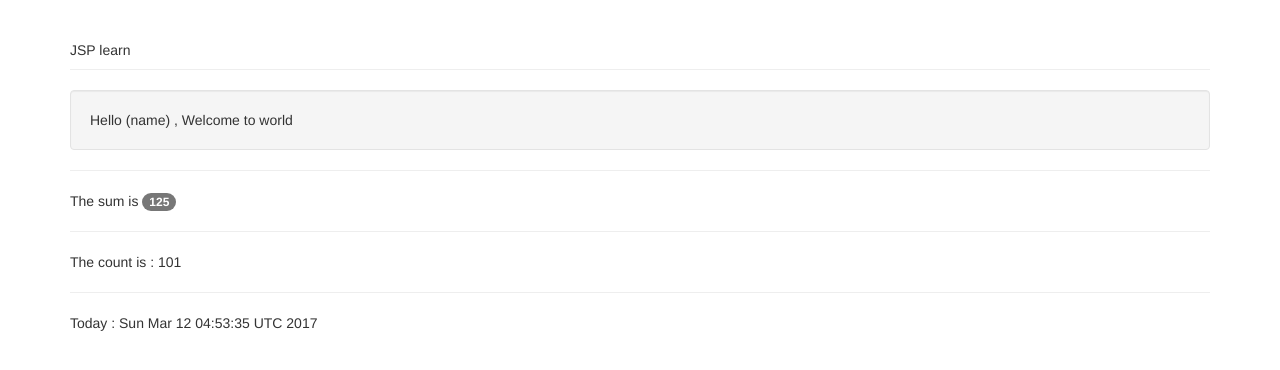
Repository: nagabhushanamn/itc-batch
Page: http://localhost/JSP-learn/hello
An editor plug-in stored every save of this project. The page is shown before and after the next save, followed by the edit.
The browser window is 1280 px wide. The pictures show the whole page.
The page is served by Tomcat 9.

Above is the page before, as saved 2017-03-12 09:00:10.

After the next save:
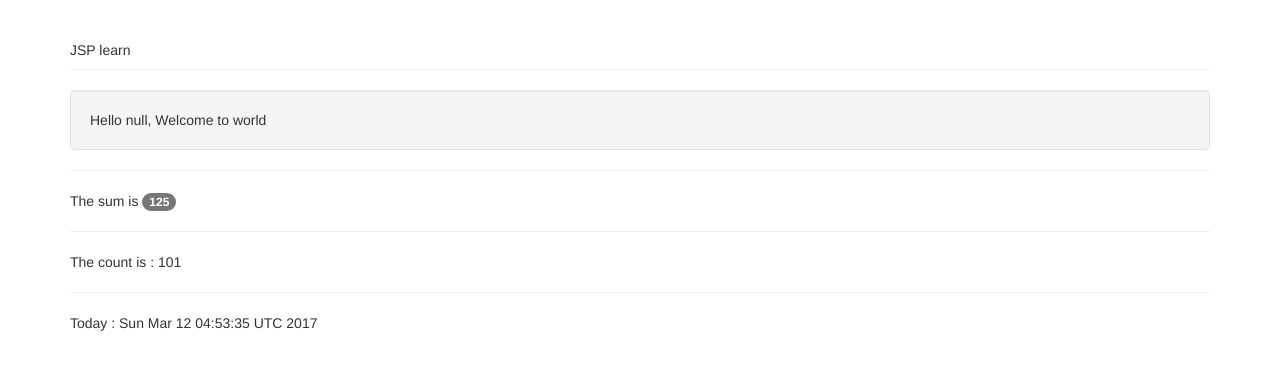
Saved 4 s later.
--- a/new/JSP-learn/WebContent/welcome.jsp
+++ b/new/JSP-learn/WebContent/welcome.jsp
@@ -11,7 +11,7 @@
 	<div class="page-header">JSP learn</div>
 
 	<div class="well">
-		Hello (name) , Welcome to world
+		Hello <%=request.getAttribute("user") %>, Welcome to world
 	</div>
 	<hr/>
 
